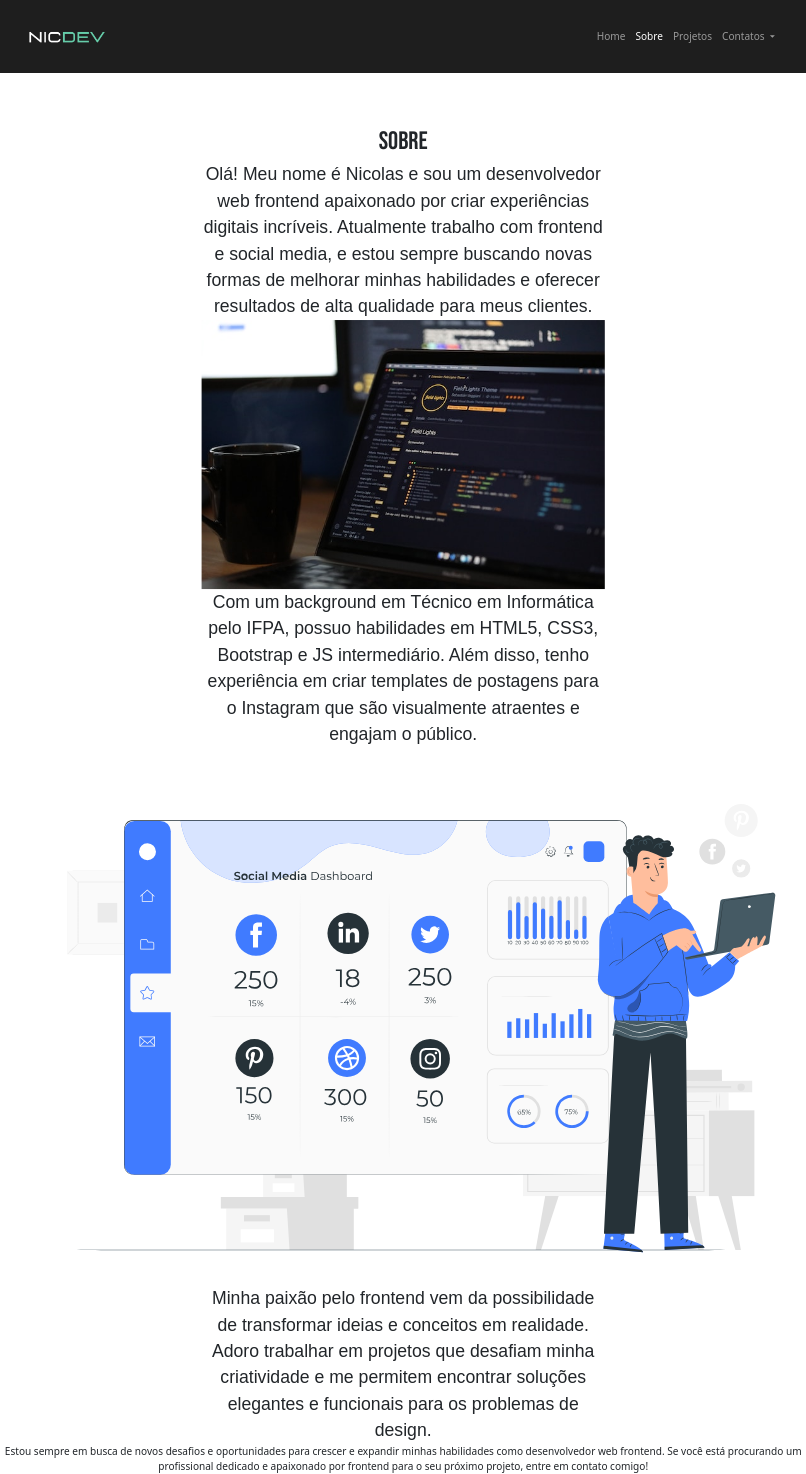
Repository: Leonngc/nicdev
Page: about.html
These files come from the project's save history. The page is drawn as it stood at one moment and after the next save; the edit follows.
The browser window is 1280 px wide. The pictures show the whole page, at 63% of full size.

Above is the page before, as saved 2023-04-15 17:44:48.

After the next save:
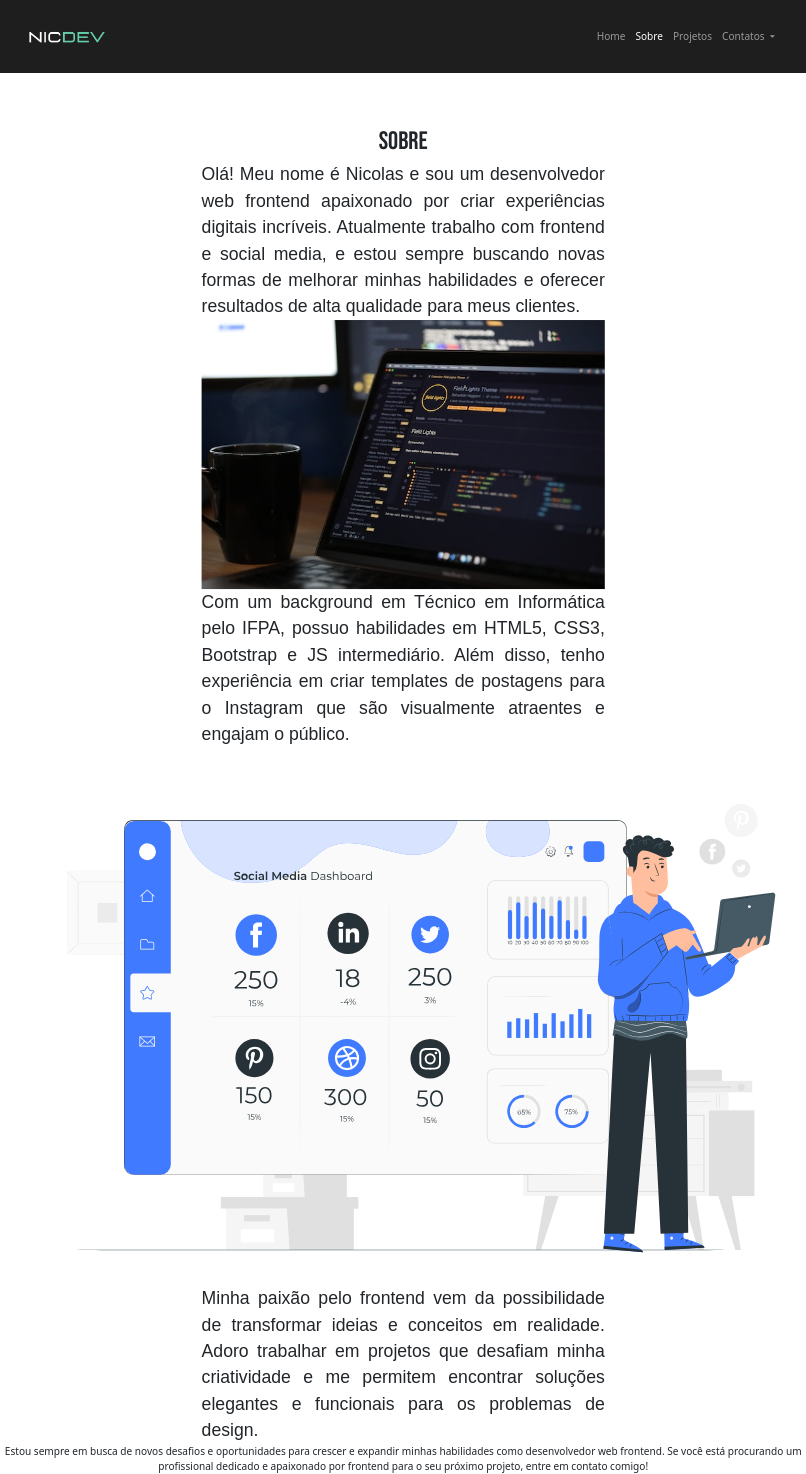
Saved 5 s later.
--- a/styles/about.css
+++ b/styles/about.css
@@ -38,5 +38,5 @@ p{
     font-size: 28px;
     margin: auto;
     font-family: sans-serif;
-    text-align: ;
+    text-align: justify;
 }
